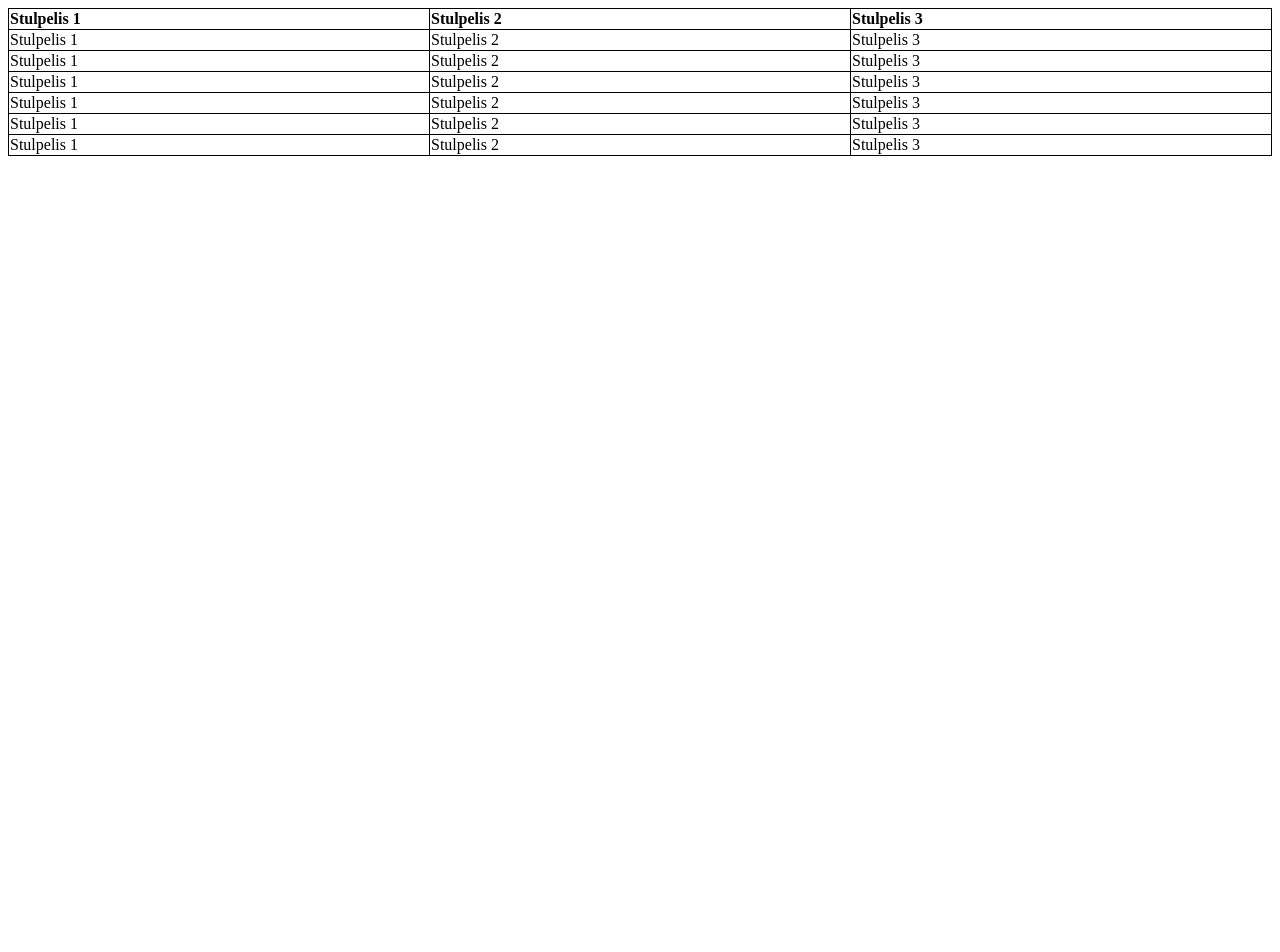
Repository: motiejus1/10-paskaita-05.31
Page: index.html
The author's editor kept a copy of each file at every save. The page is drawn from the files as they stood at one save, then again after the next save.
The browser window is 1280 px wide. The pictures show the part of the page from y = 0 to 952 px (the page is 3164 px tall before and 3174 px after).
Backgrounds fixed to the window are drawn as part of the page.

Above is the page before, as saved 2021-06-16 19:54:35.

After the next save:
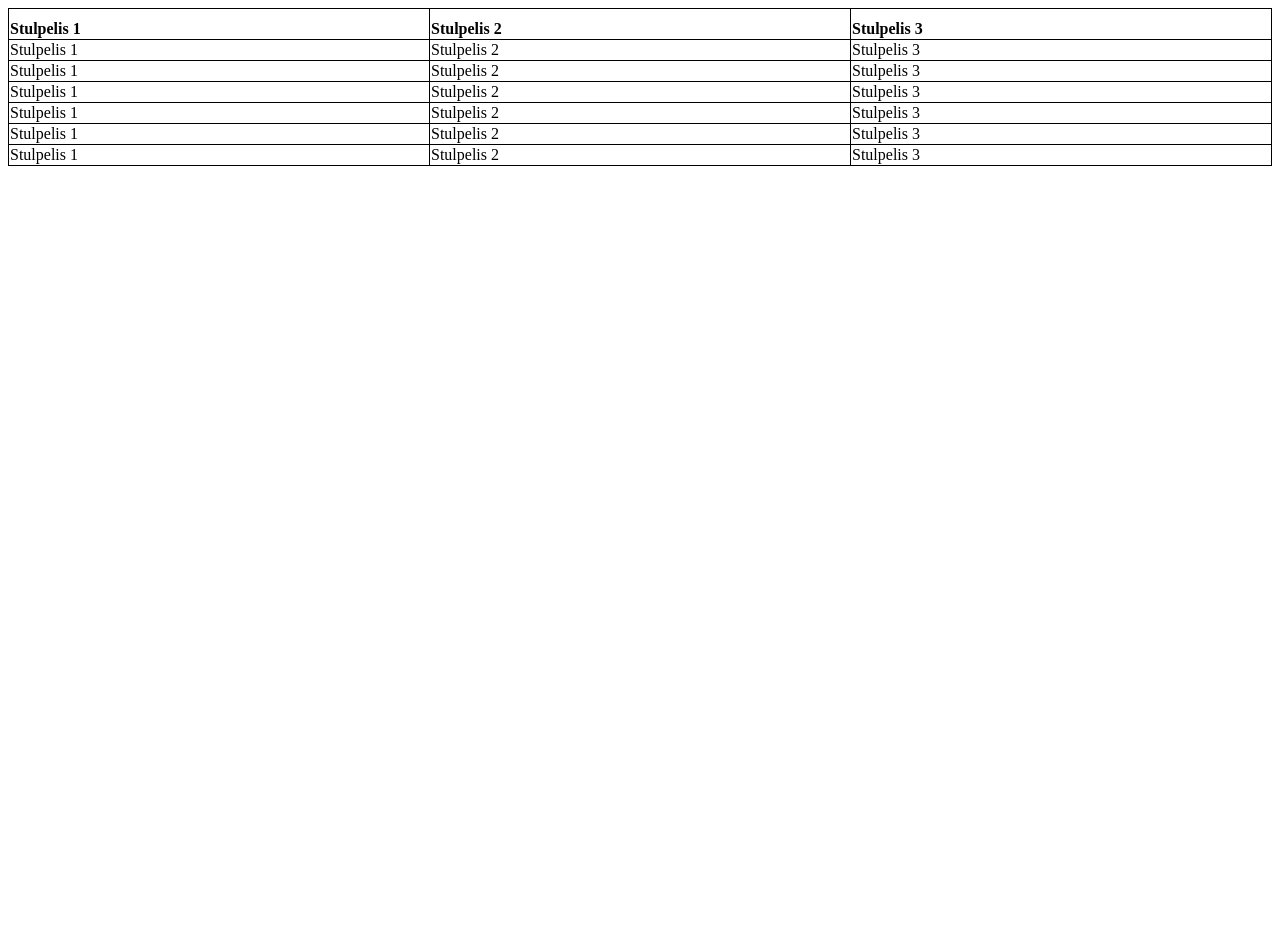
Saved 7 s later.
--- a/index.html
+++ b/index.html
@@ -65,7 +65,8 @@
 
         th {
             text-align: left;
-            padding-t
+            padding-top: 11px;
+
         }
     </style>
 </head>
